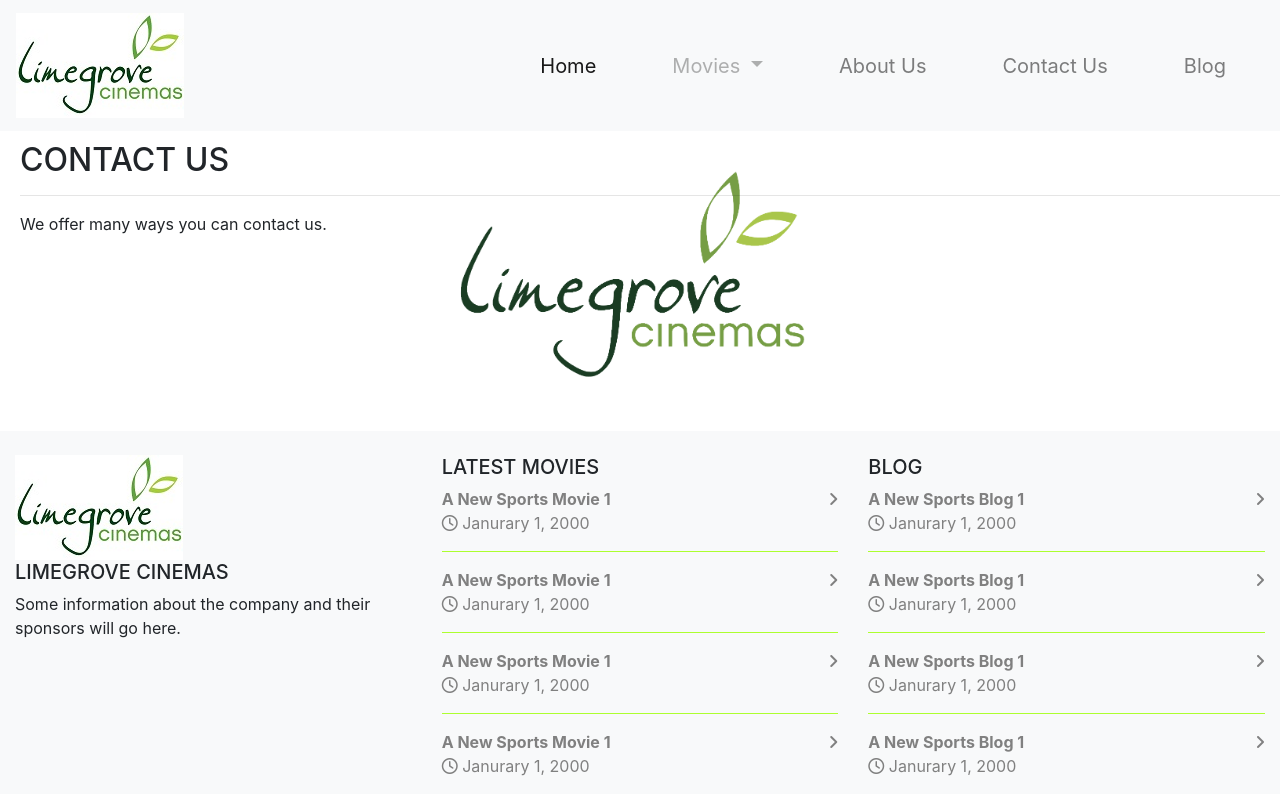
Repository: SimplyZacc/movie-web-template
Page: http://localhost/contactus.php
These files come from the project's save history. The page is drawn as it stood at one moment and after the next save; the edit follows.
The browser window is 1280 px wide. The pictures show the whole page.
Some web libraries are served in a nearby version. The page is run by PHP 8.4 with error messages shown; the project is at /var/www/html/.

Above is the page before, as saved 2020-03-28 11:53:01.

After the next save:
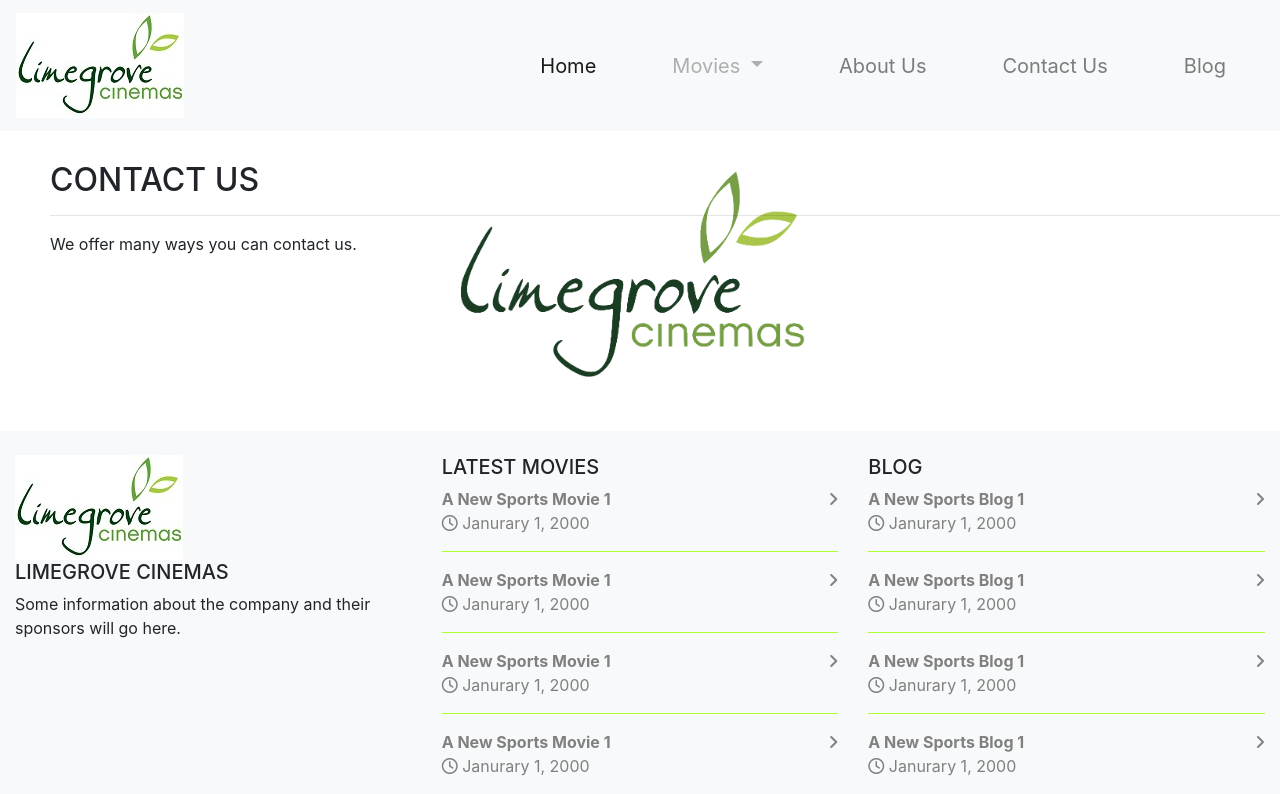
Saved 11 s later.
--- a/assets/css/styles.css
+++ b/assets/css/styles.css
@@ -36,6 +36,6 @@
 }
 
 .contact-head-body{
-    padding-left: 20px;
-    padding-top: 10px;
+    padding-left: 50px;
+    padding-top: 30px;
 }
